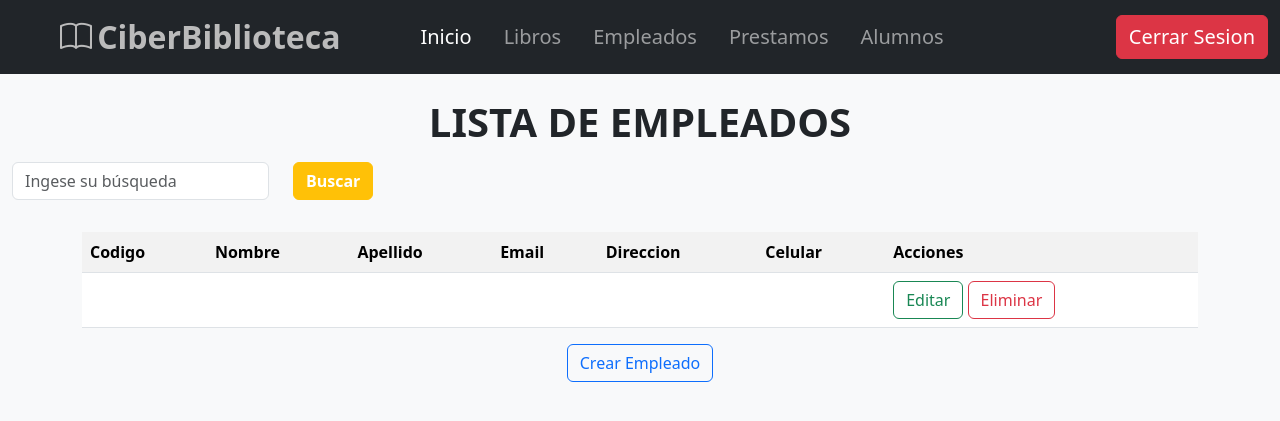
Repository: WilmerOcampo/LP1_Biblioteca
Page: http://localhost/Proyecto/listaEmpleados.jsp
An editor plug-in stored every save of this project. The page is shown before and after the next save, followed by the edit.
The browser window is 1280 px wide. The pictures show the whole page.
The page is served by Tomcat 10.

Above is the page before, as saved 2023-05-31 15:53:29.

After the next save:
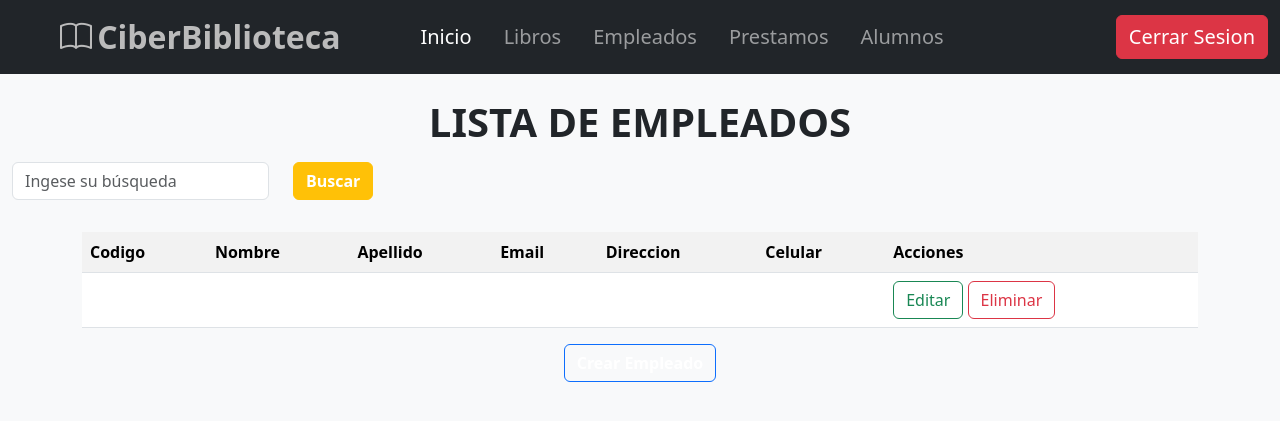
Saved 96 s later.
--- a/Proyecto/src/main/webapp/listaEmpleados.jsp
+++ b/Proyecto/src/main/webapp/listaEmpleados.jsp
@@ -96,7 +96,7 @@
         </table>
 
         <div class="d-flex justify-content-center">
-            <input class="btn btn-outline-primary" type="button" value="Crear Empleado"
+            <input class="btn btn-outline-primary" type="button" value="Crear Empleado" style="color: #fff; font-weight:600"
                 onclick="window.location.href='registrarEmpleado.jsp'">
         </div>
 
